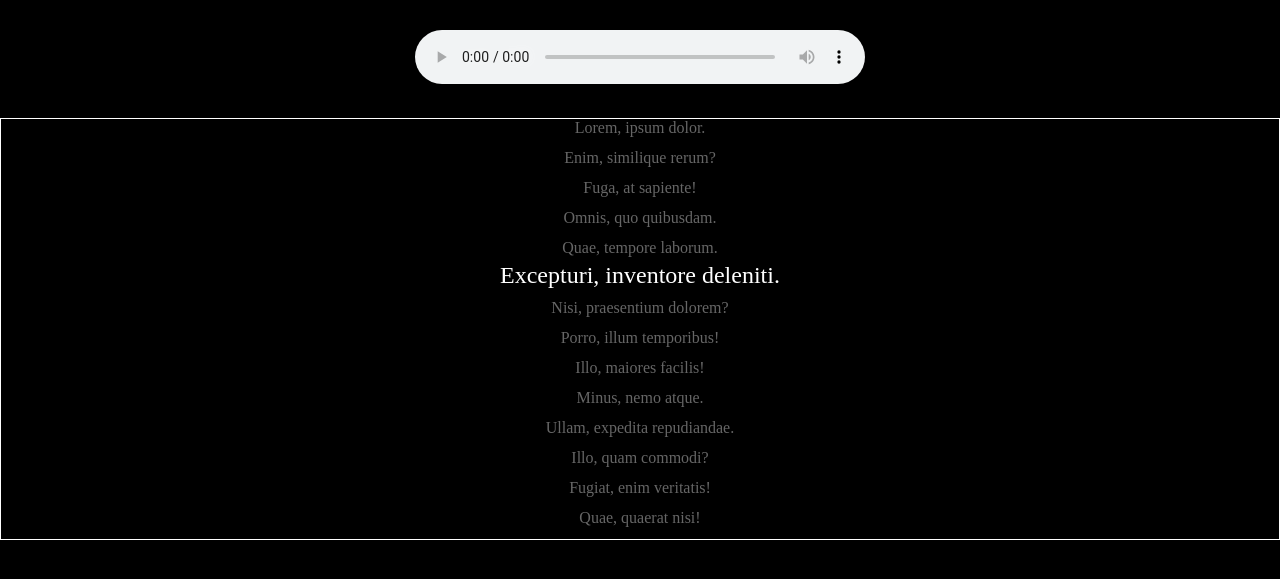
Repository: zhaojunyan9528/music-scroll
Page: index.html
An editor plug-in stored every save of this project. The page is shown before and after the next save, followed by the edit.
The browser window is 1280 px wide. The pictures show the whole page.

Above is the page before, as saved 2023-11-23 13:46:17.

### index.html
<!DOCTYPE html>
<html lang="en">
<head>
  <meta charset="UTF-8">
  <meta name="viewport" content="width=device-width, initial-scale=1.0">
  <title>Music</title>
  <link rel="stylesheet" href="./css/index.css">
</head>
<body>
  <audio src="./assets/music.mp3" controls></audio>
  <div class="container">
    <ul class="lrc-list">
      <li>Lorem, ipsum dolor.</li>
      <li>Enim, similique rerum?</li>
      <li>Fuga, at sapiente!</li>
      <li>Omnis, quo quibusdam.</li>
      <li>Quae, tempore laborum.</li>
      <li class="active">Excepturi, inventore deleniti.</li>
      <li>Nisi, praesentium dolorem?</li>
      <li>Porro, illum temporibus!</li>
      <li>Illo, maiores facilis!</li>
      <li>Minus, nemo atque.</li>
      <li>Ullam, expedita repudiandae.</li>
      <li>Illo, quam commodi?</li>
      <li>Fugiat, enim veritatis!</li>
      <li>Quae, quaerat nisi!</li>
      <li>At, enim eos!</li>
      <li>Consectetur, pariatur possimus?</li>
      <li>Provident, eaque eveniet.</li>
      <li>Odit, nihil explicabo?</li>
      <li>Magnam, mollitia consequatur?</li>
      <li>Mollitia, blanditiis labore.</li>
      <li>Consequatur, laborum nemo!</li>
      <li>Consectetur, facilis. Labore.</li>
      <li>Eos, aliquid nesciunt?</li>
      <li>Iusto, cumque rem.</li>
      <li>Cumque, sit velit?</li>
      <li>Labore, error molestias?</li>
      <li>Saepe, nostrum quas.</li>
      <li>Quod, voluptate natus!</li>
      <li>Blanditiis, molestias voluptatibus!</li>
      <li>Temporibus, dicta aut!</li>
    </ul>
  </div>
</body>
</html>

### css/index.css
* {
  margin: 0;
  padding: 0;
}
body {
  background-color: black;
  color: #666;
  text-align: center;
}
audio {
  width: 450px;
  margin: 30px 0;
}
.container {
  height: 420px;
  overflow: hidden;
  border: 1px solid white;
}
.lrc-list {
  transition: 0.2s;
  /* 只针对数值类属性有效 */
}
li {
  list-style: none;
  height: 30px;
  line-height: 30p;
}
li.active {
  color: white;
  transform: scale(1.5);
}

After the next save:
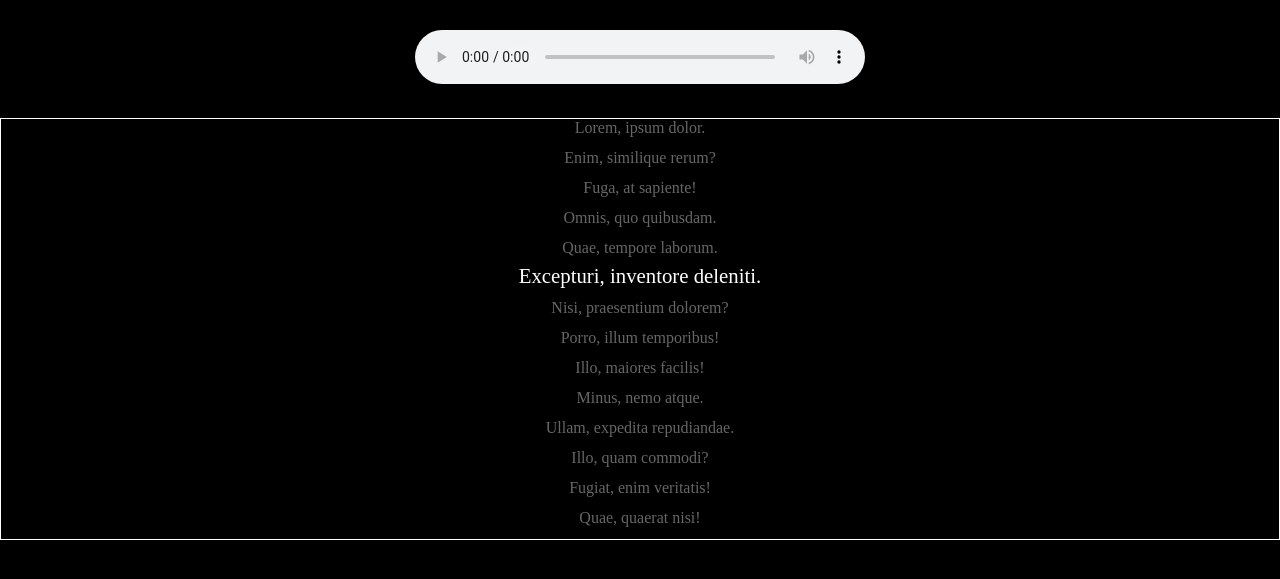
Saved 11 s later.
--- a/css/index.css
+++ b/css/index.css
@@ -27,5 +27,5 @@
 }
 li.active {
   color: white;
-  transform: scale(1.5);
+  transform: scale(1.3);
 }
